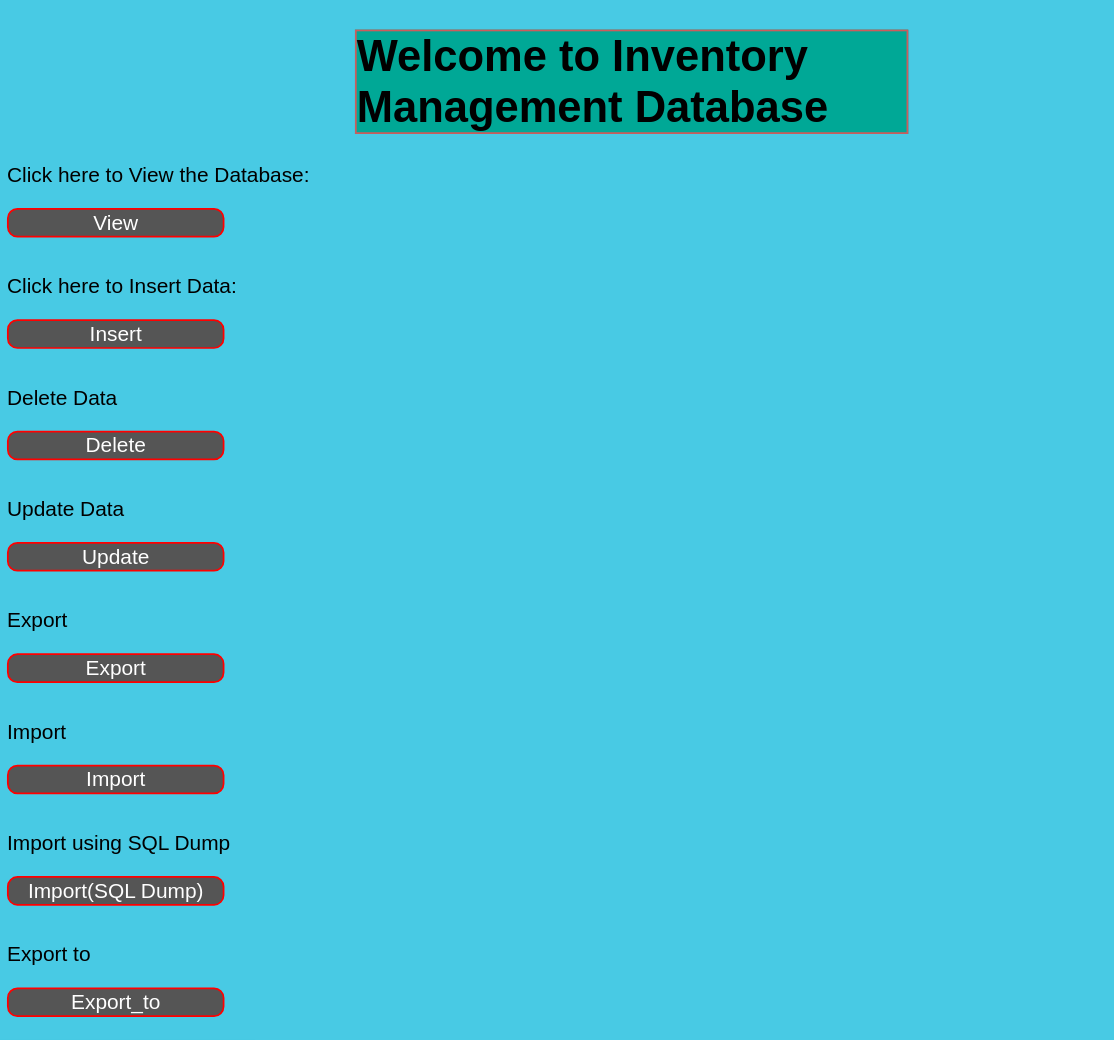
Repository: cyrusdwivedi2002/inventory-management-system
Page: DemoApp/src/main/webapp/Mainpage.html
An editor plug-in stored every save of this project. The page is shown before and after the next save, followed by the edit.
The browser window is 1280 px wide. The pictures show the whole page, at 87% of full size.
Some web fonts or font styles are not loaded; a fallback is used.

Above is the page before, as saved 2022-06-24 18:48:56.

### DemoApp/src/main/webapp/Mainpage.html
<!DOCTYPE html>
<html>
<head>
<meta charset="ISO-8859-1">

<link rel="preconnect" href="https://fonts.googleapis.com">
<link rel="preconnect" href="https://fonts.gstatic.com" crossorigin>
<link href="https://fonts.googleapis.com/css2?family=Anek+Latin:wght@500&family=Smooch&display=swap" rel="stylesheet">

<style>
body {
background-color: #48cae4;
font-family: 'Anek Latin', sans-serif;
}
h1{
color: black;
background-color:#00a896;
width: 50%;
margin-left:8em;
border: 2px solid indianred;
font-size:50px;
}
p{
font-size:x-large;
}
button{
background-color: #555555;
color:white;
font-size: 24px;
width:250px;
border-radius: 12px;
border:2px solid red;
}
button:hover{
cursor:pointer;
position: absolute;
opacity: 0;
top: 0;
right: -20px;
transition: 0.5s;
background-color:#ef476f;
box-shadow: 0 12px 16px 0 rgba(0,0,0,0.24), 0 17px 50px 0 rgba(0,0,0,0.19);
transition: all 0.4s;
}
</style>
<title>Inventory management System</title>
</head>
<body>
	<h1>Welcome to Inventory Management Database</h1>
	<p> Click here to View the Database: </p>
	<button type="button" form="form1"   onclick="window.location.href = 'view.html';">View</button>
	<br/><br/>
	<p> Click here to Insert Data: </p>
	<button type="button" form="form1"   onclick="window.location.href = 'insert.html';">Insert</button>
	<br/><br/>
	<p> Delete Data </p>
	<button type="button" form="form1"   onclick="window.location.href = 'delete.html';">Delete</button>
	<br/><br/>
	<p> Update Data </p>
	<button type="button" form="form1"   onclick="window.location.href = 'update.html';">Update</button>
	<br/><br/>
	<p> Export </p>
	<button type="button" form="form1"   onclick="window.location.href = 'export.html';">Export</button>
	<br/><br/>
	<p> Import </p>
	<button type="button" form="form1"   onclick="window.location.href = 'import.html';">Import</button>
	<br/><br/>
	<p> Import using SQL Dump</p>
	<button type="button" form="form1"   onclick="window.location.href = 'importdump.html';">Import(SQL Dump)</button>
	<br/><br/>
	<p> Export to</p>
	<button type="button" form="form1"   onclick="window.location.href = 'export.html';">Export_to</button>
	<br/><br/>

	</body>
</html>

After the next save:
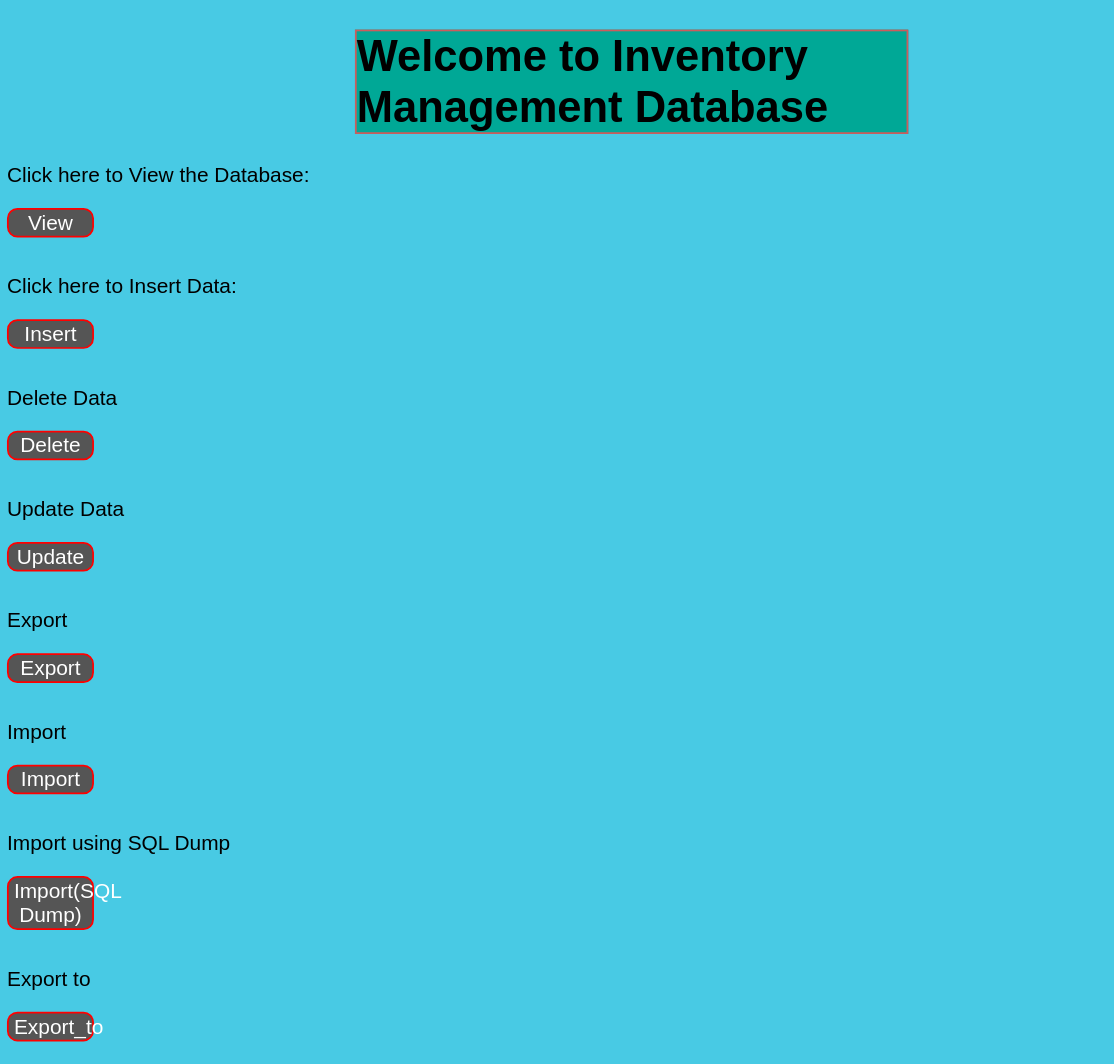
Saved 15 s later.
--- a/DemoApp/src/main/webapp/Mainpage.html
+++ b/DemoApp/src/main/webapp/Mainpage.html
@@ -27,7 +27,7 @@ button{
 background-color: #555555;
 color:white;
 font-size: 24px;
-width:250px;
+width:100px;
 border-radius: 12px;
 border:2px solid red;
 }
